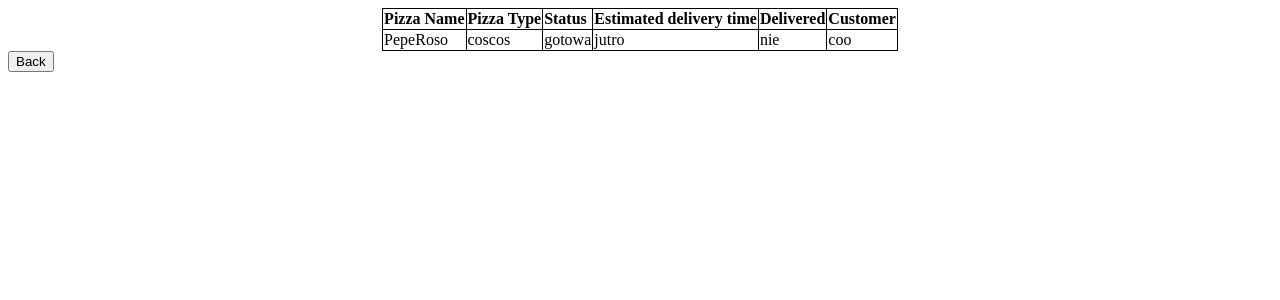
Repository: wisni4k/html-trainee
Page: testWeb/WebContent/OrdersList.html
An editor plug-in stored every save of this project. The page is shown before and after the next save, followed by the edit.
The browser window is 1280 px wide. The pictures show the whole page.

Above is the page before, as saved 2015-07-10 13:11:08.

### testWeb/WebContent/OrdersList.html
<!DOCTYPE html>
<html>
<head>
<meta charset="UTF-8">
<title>Insert title here</title>
<link rel="stylesheet" type="text/css" href="TableStyle.css">
</head>
<body>

	<table>
		<tr>
			<td><b>Pizza Name</b></td>
			<td><b>Pizza Type</b></td>
			<td><b>Status </b></td>
			<td><b>Estimated delivery time</b></td>
			<td><b>Delivered</b></td>
			<td><b>Customer</b></td>

		</tr>
		<tr>
			<td>PepeRoso</td>
			<td>coscos</td>
			<td>gotowa</td>
			<td>jutro</td>
			<td>nie</td>
			<td>coo</td>
		</tr>
	</table>
	<form action="Formularz.html">
		<input type="submit" value="Back">
	</form>

</body>
</html>

### testWeb/WebContent/TableStyle.css
@CHARSET "UTF-8";

table {
	border-collapse: collapse;
	margin-left: auto;
	margin-right: auto;
}

table, th, td {
	border: 1px solid black;
}

table td:FIRST-LINE {
	border: 1px solid red;
}

After the next save:
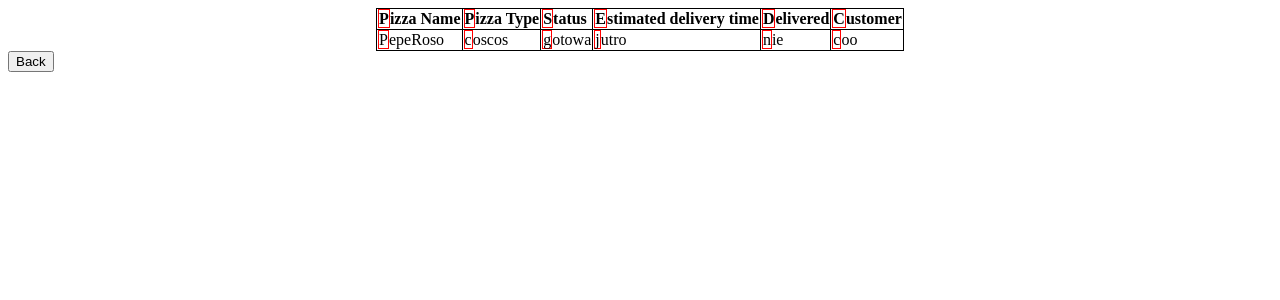
Saved 18 s later.
--- a/testWeb/WebContent/TableStyle.css
+++ b/testWeb/WebContent/TableStyle.css
@@ -10,6 +10,6 @@
 	border: 1px solid black;
 }
 
-table td:FIRST-LINE {
+table td:FIRST-LETTER {
 	border: 1px solid red;
 }

After the save that followed:
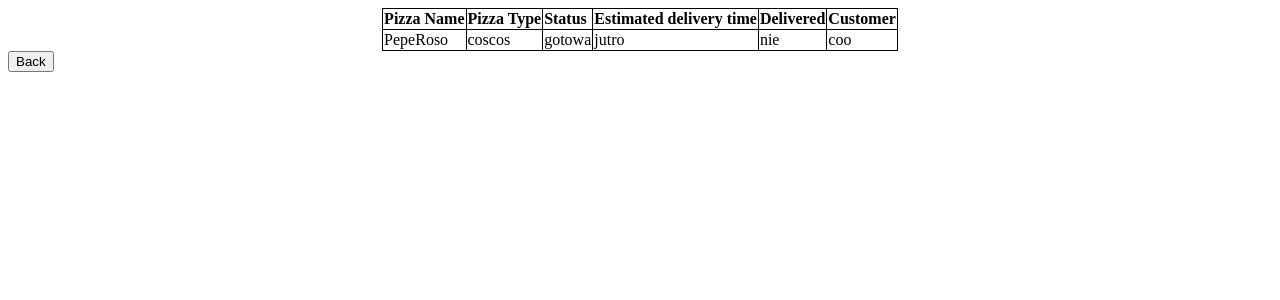
Saved 31 s later.
--- a/testWeb/WebContent/TableStyle.css
+++ b/testWeb/WebContent/TableStyle.css
@@ -10,6 +10,6 @@
 	border: 1px solid black;
 }
 
-table td:FIRST-LETTER {
+table tr:FIRST-CHILD {
 	border: 1px solid red;
 }
